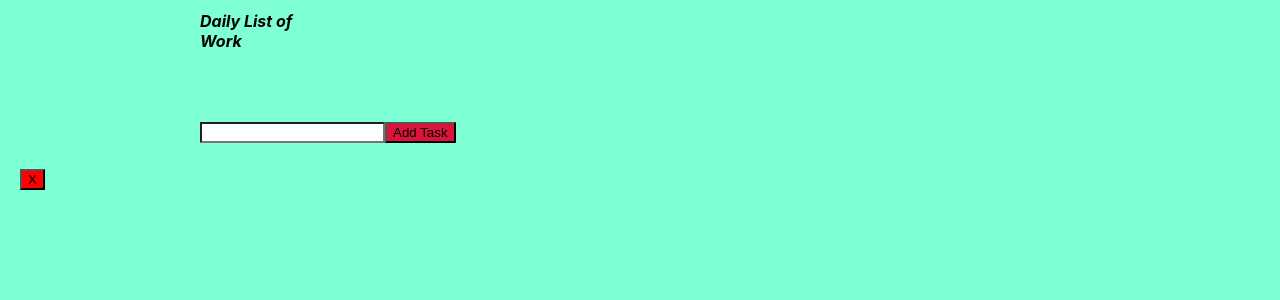
Repository: iamjayenmthakuri/todolist
Page: /, after clicking the first element matching `button.button`
An editor plug-in stored every save of this project. The page is shown before and after the next save, followed by the edit.
The browser window is 1280 px wide. The pictures show the whole page.
The project was rebuilt for these pictures with package versions that can differ from the ones it lists, and the page was loaded fresh each time.

Above is the page before, as saved 2022-09-19 10:35:39.

After the next save:
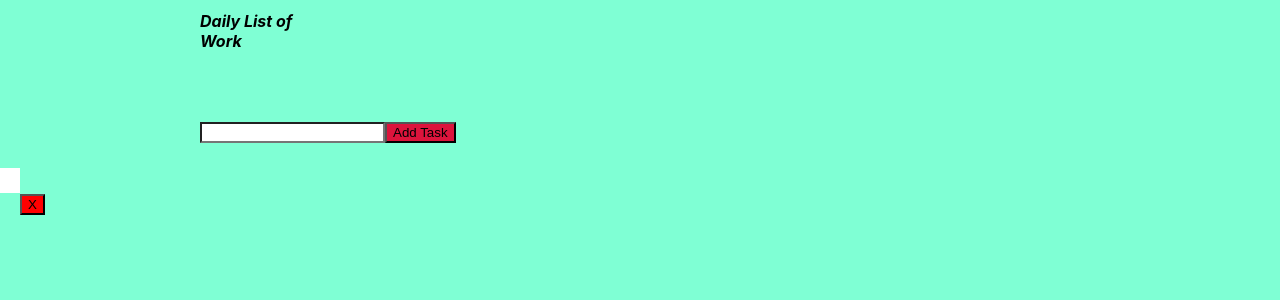
Saved 11 s later.
--- a/src/App.css
+++ b/src/App.css
@@ -15,7 +15,7 @@ body{
 }
 .container{
   background-color: white;
-  height:max-content;
+  height:25px;
   width:20px;
   margin-bottom: auto;
   margin-top: auto;
